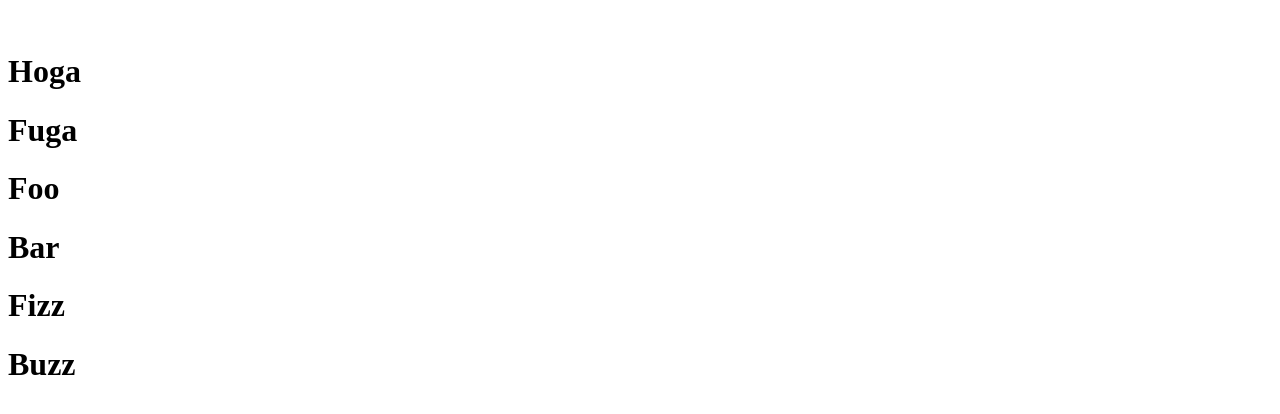
Repository: nya5/samurai_HTML-CSS
Page: 練習.html
The author's editor kept a record of every edit. The page is drawn from the files as they stood at one moment, then again after the next edit.
The browser window is 1280 px wide. The pictures show the whole page.

Above is the page before.

After the next edit:
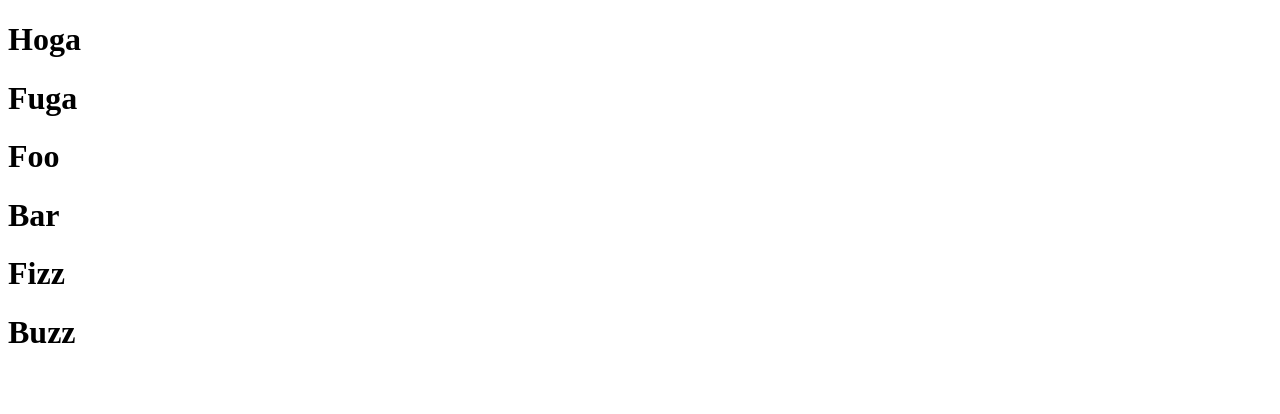
The edit:
--- a/練習.html
+++ b/練習.html
@@ -1,9 +1,7 @@
 <!DOCTYPE html>
 <html lang="ja">
  <head>
-    <meta charset="UTF-8">
-    <title>練習</title>
-　  <style>
+    <style>
 　  　    #grid {
 　　        display: grid;
 　　        grid-template-columns: 100px 100px;
